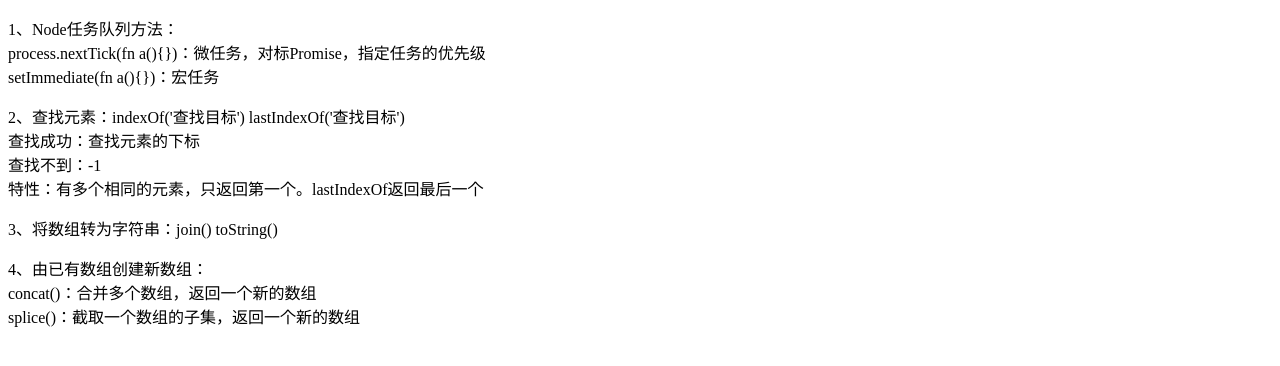
Repository: 15878162243/nodejsNote
Page: node方法.html
The author's editor kept a copy of each file at every save. The page is drawn from the files as they stood at one save, then again after the next save.
The browser window is 1280 px wide. The pictures show the whole page.

Above is the page before, as saved 2022-09-25 15:43:32.

### node方法.html
<!DOCTYPE html>
<html>
	<head>
		<meta charset="utf-8">
		<title></title>
	</head>
	<body>

		<p>1、Node任务队列方法：<br />
			process.nextTick(fn a(){})：微任务，对标Promise，指定任务的优先级<br />
			setImmediate(fn a(){})：宏任务<br />
		</p>
		<script>
			var nums1 = []; // 1-100
			var nums2 = [];
			for(var i = 0; i < 100; i++){
				nums1[i] = i+1;
				nums2[i] = i+1;
			}

			// 将数组内的每个元素一个个赋值给另一个数组。
			function copy(arr1, arr2){
				for(var i = 0; i < arr1.length; i++){
					arr2[i] = arr1[i]
				}
			}

			var samenums1 = nums1; // 浅复制
			nums1[0] = 400
			console.log('word 1: '+samenums1[0]) // 400

			var samenums2 = []
			copy(nums2,samenums2)	 // 深复制
			nums2[0] = 400
			console.log('word 1: '+samenums2[0]) // 1
		</script>










		<p>2、查找元素：indexOf('查找目标') lastIndexOf('查找目标')<br />
			查找成功：查找元素的下标<br />
			查找不到：-1<br />
			特性：有多个相同的元素，只返回第一个。lastIndexOf返回最后一个
		</p>
		<script>
			var indexArr = ["daom","fhjak","vnska","daom"]
			console.log('word 2: '+indexArr.indexOf('vnska')) // 2
			console.log('word 2: '+indexArr.indexOf('dad'))   // -1
			console.log('word 2: '+indexArr.lastIndexOf('daom'))   // 3
		</script>

		<p>3、将数组转为字符串：join()  toString()</p>
		<script>
			var indexArr = ["daom","fhjak","vnska","daom"]
			console.log('word 3: '+indexArr.join())
			console.log('word 3: '+indexArr.toString())
			// daom,fhjak,vnska,daom
		</script>

		<p>4、由已有数组创建新数组：<br />
			concat()：合并多个数组，返回一个新的数组<br />
			splice()：截取一个数组的子集，返回一个新的数组<br />
		</p>



	</body>
</html>

After the next save:
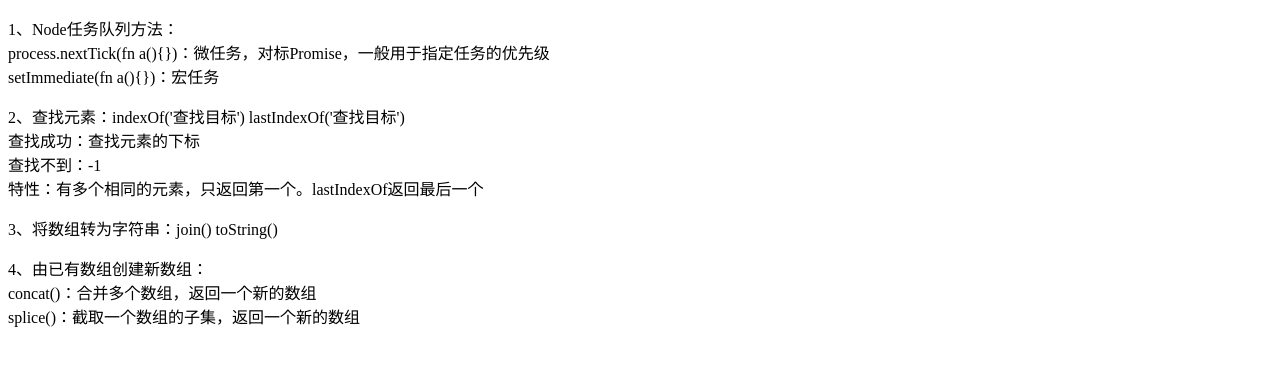
Saved 6 s later.
--- a/node方法.html
+++ b/node方法.html
@@ -7,7 +7,7 @@
 	<body>
 
 		<p>1、Node任务队列方法：<br />
-			process.nextTick(fn a(){})：微任务，对标Promise，指定任务的优先级<br />
+			process.nextTick(fn a(){})：微任务，对标Promise，一般用于指定任务的优先级<br />
 			setImmediate(fn a(){})：宏任务<br />
 		</p>
 		<script>
